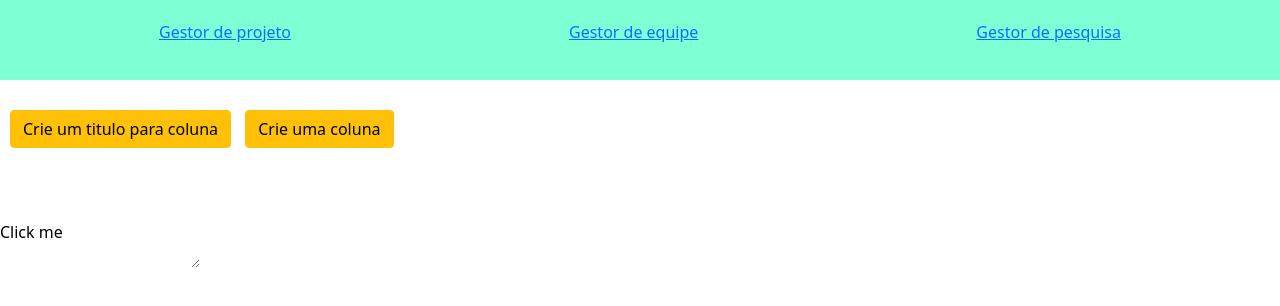
Repository: shadowruge/kanban
Page: index.html
These files come from the project's save history. The page is drawn as it stood at one moment and after the next save; the edit follows.
The browser window is 1280 px wide. The pictures show the whole page.
After loading, the first visible `button[onclick="textareaFunction()"]` was clicked once.

Above is the page before, as saved 2021-06-12 21:07:43.

### index.html
<!DOCTYPE html>
<html lang="en">
  <head>
    <meta charset="UTF-8" />
    <meta http-equiv="X-UA-Compatible" content="IE=edge" />
    <meta name="viewport" content="width=device-width, initial-scale=1.0" />
    <script src="https://cdn.jsdelivr.net/npm/@popperjs/core@2.9.2/dist/umd/popper.min.js" integrity="sha384-IQsoLXl5PILFhosVNubq5LC7Qb9DXgDA9i+tQ8Zj3iwWAwPtgFTxbJ8NT4GN1R8p" crossorigin="anonymous"></script>
<script src="https://cdn.jsdelivr.net/npm/bootstrap@5.0.1/dist/js/bootstrap.min.js" integrity="sha384-Atwg2Pkwv9vp0ygtn1JAojH0nYbwNJLPhwyoVbhoPwBhjQPR5VtM2+xf0Uwh9KtT" crossorigin="anonymous"></script>

    <script src="https://cdn.jsdelivr.net/npm/bootstrap@5.0.1/dist/js/bootstrap.bundle.min.js" integrity="sha384-gtEjrD/SeCtmISkJkNUaaKMoLD0//ElJ19smozuHV6z3Iehds+3Ulb9Bn9Plx0x4" crossorigin="anonymous"></script>
    <link href="https://cdn.jsdelivr.net/npm/bootstrap@5.0.1/dist/css/bootstrap.min.css" rel="stylesheet" integrity="sha384-+0n0xVW2eSR5OomGNYDnhzAbDsOXxcvSN1TPprVMTNDbiYZCxYbOOl7+AMvyTG2x" crossorigin="anonymous">
    <link rel="stylesheet" href="style.css" />

    <title id="Description">Shadow Kanban</title>
  </head>
  <header>
    <nav class="nav">
      <p><a href="#">Gestor de projeto</a></p>
      <p><a href="#">Gestor de equipe</a></p>
      <p><a href="#">Gestor de pesquisa</a></p>

    </nav>
  </header>
  <body>

    <!--botão-->
    <button type="button" class="btn btn-warning" onclick="colunFunction()">Crie um titulo para coluna</button>
    <button type="button" class="btn btn-warning" onclick="textareaFunction()">Crie uma coluna</button>

   <br /><br /><br /><br />
    <div class="Linha" style="width:600px;">
    <!-- RECEBE DIVS DINAMICAS -->
    </div>

  </body>
  <script>
    function textareaFunction() {
      var x = document.createElement("textarea");
      var t = document.createTextNode("Click me");
      x.appendChild(t);
      document.body.appendChild(x);
    }
  </script>
</html>

### style.css
/* setando html */
* {

  margin: 0;
  padding: 0;
  border: 0;

}

/* nav confi fora da tag body */

.nav {

  background-color:aquamarine;
  padding: 20px;
  flex-wrap: wrap;
  display: flex;
  justify-content: space-around;

}

  button {

    bootstrap:warning;
    color: white;
    background-color: brown;
    margin-top: 30px;
    margin-left: 10px;

  }

  .textarea{
    border-color: brown;
  }

After the next save:
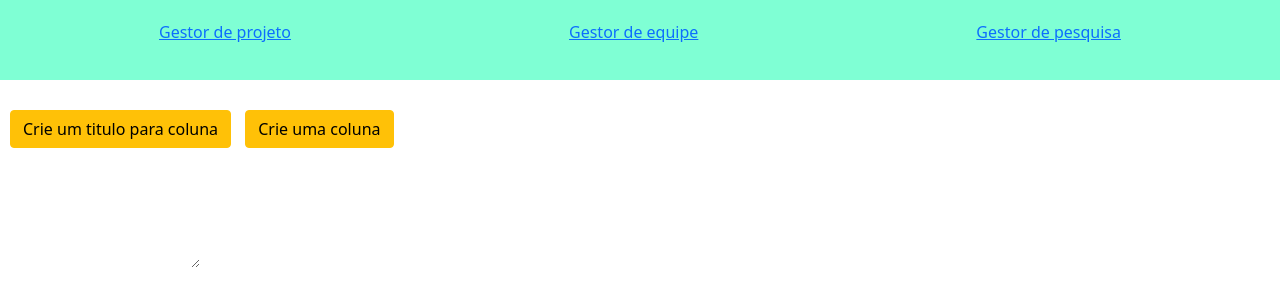
Saved 17 s later.
--- a/index.html
+++ b/index.html
@@ -36,7 +36,7 @@
   <script>
     function textareaFunction() {
       var x = document.createElement("textarea");
-      var t = document.createTextNode("Click me");
+      var t = document.createTextNode("");
       x.appendChild(t);
       document.body.appendChild(x);
     }
